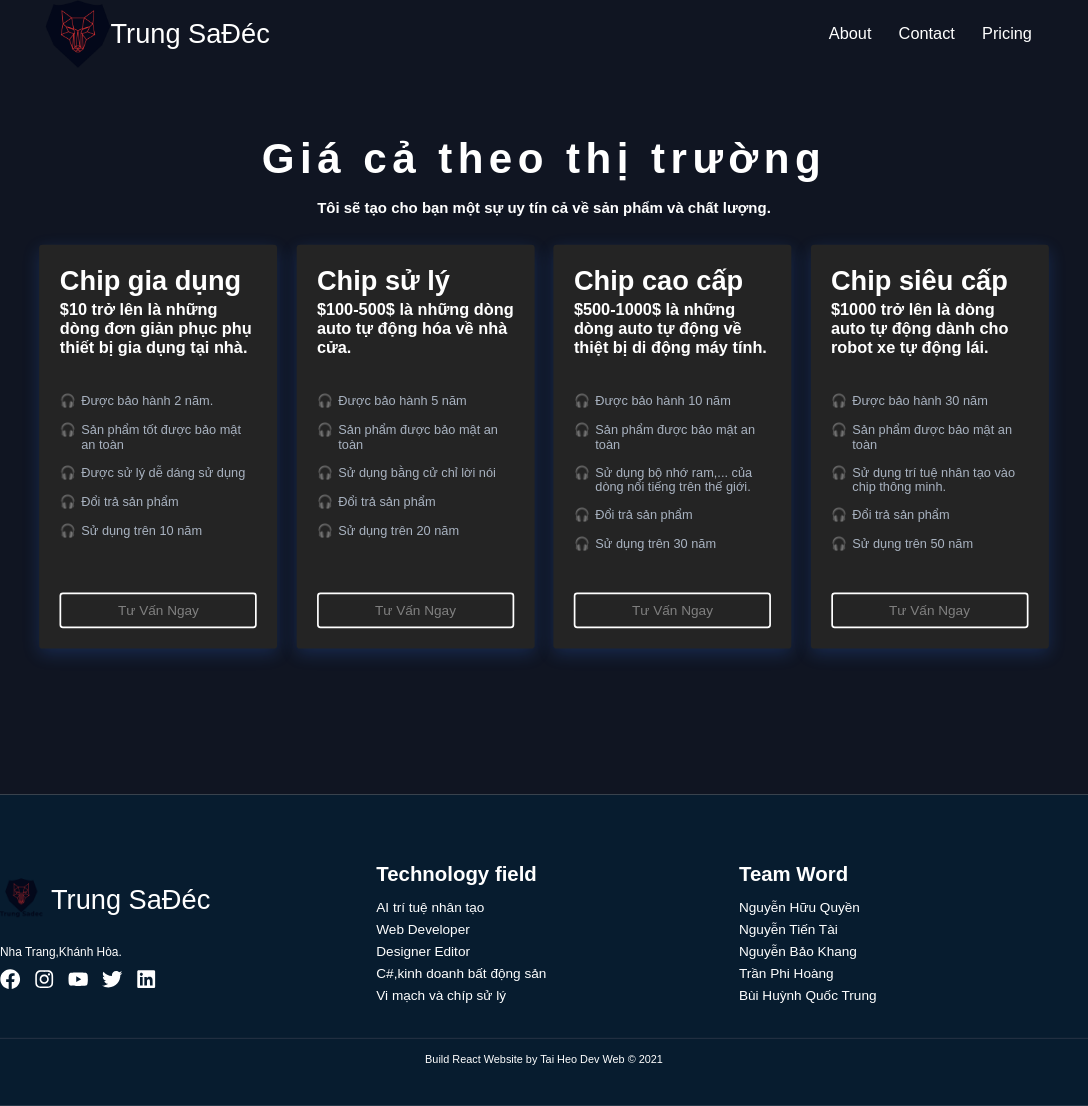
Repository: fdhhhdjd/Profile-Gift-B_H_Q_Trung
Page: /pricing
An editor plug-in stored every save of this project. The page is shown before and after the next save, followed by the edit.
The browser window is 1280 px wide. The pictures show the whole page, at 85% of full size.
The project was rebuilt for these pictures with package versions that can differ from the ones it lists, and the page was loaded fresh each time. Also part of the build but not shown: src/Styles/FeaturesStyles.js, src/Components/FeaturesData.js, src/Styles/ContentStyles.js, src/Components/Content.js, src/Data/HeroData.js, src/Pages/Home.js, src/Styles/HeroStyles.js, src/Components/Hero.js. Imported but missing from the stored project, and not drawn on this page: src/Pages/SignUpPage.

Above is the page before, as saved 2021-10-29 11:44:10.

### src/App.js
import logo from "./logo.svg";
import "./App.css";
import { BrowserRouter as Router, Switch, Route } from "react-router-dom";
import {
  Home,
  Navbar,
  GlobalStyles,
  PricingPage,
  Footer,
} from "./Imports/Index";
function App() {
  return (
    <>
      <Router>
        <GlobalStyles />
        <Navbar />
        <Switch>
          <Route path="/" exact component={Home} />
          <Route path="/pricing" exact component={PricingPage} />
        </Switch>
        <Footer />
      </Router>
    </>
  );
}

export default App;

### src/App.css
.App {
  text-align: center;
}
*{
  text-decoration: none;
}

.App-logo {
  height: 40vmin;
  pointer-events: none;
}

@media (prefers-reduced-motion: no-preference) {
  .App-logo {
    animation: App-logo-spin infinite 20s linear;
  }
}

.App-header {
  background-color: #282c34;
  min-height: 100vh;
  display: flex;
  flex-direction: column;
  align-items: center;
  justify-content: center;
  font-size: calc(10px + 2vmin);
  color: white;
}

.App-link {
  color: #61dafb;
}

@keyframes App-logo-spin {
  from {
    transform: rotate(0deg);
  }
  to {
    transform: rotate(360deg);
  }
}

### src/Imports/Index.js
export { default as Home } from "../Pages/Home";
export { default as PricingPage } from "../Pages/PricingPage";
export { default as SignUpPage } from "../Pages/SignUpPage";
export { default as Navbar } from "../Components/Navbar";
export { default as GlobalStyles } from "../Styles/GlobalStyles";
export { default as Hero } from "../Components/Hero";
export { default as Footer } from "../Pages/Footer";

### src/Pages/PricingPage.js
import React from "react";
import { Button, Heading, TextWrapper } from "../Styles/GlobalStyles";
import { IconContext } from "react-icons/lib";
import {
  PricingSection,
  PricingWrapper,
  PricingContainer,
  PricingCardInfo,
  PricingCardPlan,
  PricingCardCost,
  PricingCardFeatures,
  PricingCardText,
  PricingCardFeature,
  PricingCard,
  CartA,
} from "../Styles/PricingStyles";
import { pricingData } from "../Data/PricingData";
const PricingPage = () => {
  return (
    <>
      <IconContext.Provider value={{ color: "#a9b3c1", size: "1rem" }}>
        <PricingSection id="pricing">
          <PricingWrapper>
            <Heading>Giá cả theo thị trường</Heading>

            <TextWrapper
              mb="1.4rem"
              weight="600"
              size="1.1rem"
              color="white"
              align="center"
            >
              <br />
              Tôi sẽ tạo cho bạn một sự uy tín cả về sản phẩm và chất lượng.
            </TextWrapper>
            <PricingContainer>
              {pricingData.map((card, index) => (
                <PricingCard key={index}>
                  <PricingCardInfo>
                    <PricingCardPlan>{card.title}</PricingCardPlan>
                    <PricingCardCost>{card.price}</PricingCardCost>
                    <PricingCardText>{card.description}</PricingCardText>
                    <PricingCardFeatures>
                      {card.features.map((feature, index) => (
                        <PricingCardFeature key={index}>
                          {feature}
                        </PricingCardFeature>
                      ))}
                    </PricingCardFeatures>

                    <Button>
                      <CartA href="tel:0348561815">Tư Vấn Ngay </CartA>
                    </Button>
                  </PricingCardInfo>
                </PricingCard>
              ))}
            </PricingContainer>
          </PricingWrapper>
        </PricingSection>
      </IconContext.Provider>
    </>
  );
};

export default PricingPage;

### src/Components/Navbar.js
import React, { useState, memo } from "react";
import { data } from "../Data/NavbarData";
import { FaRProject, FaTimes } from "react-icons/fa";
import { CgMenuRight } from "react-icons/cg";
import { IconContext } from "react-icons";
import { useLocation, useHistory } from "react-router-dom";
import {
  Nav,
  NavbarContainer,
  NavIcon,
  NavLogo,
  MobileIcon,
  NavMenu,
  NavItem,
  NavLinks,
} from "../Styles/NavbarStyles";
const Navbar = () => {
  const [show, setShow] = useState(false);
  let history = useHistory();
  let location = useLocation();
  const handleClick = () => {
    setShow(!show);
  };
  const scrollTo = (id) => {
    const element = document.getElementById(id);

    element.scrollIntoView({
      behavior: "smooth",
    });
  };
  const closeMobileMenu = (to, id) => {
    if (id && location.pathname === "/") {
      scrollTo(id);
    }

    history.push(to);
    setShow(false);
  };

  return (
    <>
      <IconContext.Provider value={{ color: "#fff" }}>
        <Nav>
          <NavbarContainer>
            <NavLogo to="/">
              <NavIcon src="./assets/logo2.png" alt="logo" />
              Trung&nbsp;SaĐéc
            </NavLogo>
            <MobileIcon onClick={handleClick}>
              {show ? <FaTimes /> : <CgMenuRight />}
            </MobileIcon>
            <NavMenu show={show}>
              {data.map((el, index) => (
                <NavItem key={index}>
                  <NavLinks onClick={() => closeMobileMenu(el.to, el.id)}>
                    {el.title}
                  </NavLinks>
                </NavItem>
              ))}
            </NavMenu>
          </NavbarContainer>
        </Nav>
      </IconContext.Provider>
    </>
  );
};

export default memo(Navbar);

### src/Pages/Footer.js
import React from "react";
import {
  FooterLinkItems,
  FooterLinkTitle,
  FooterLink,
  FooterLogo,
  SocialIcon,
  FooterRights,
  FooterSocialIcon,
  FooterWrapper,
  FooterAddress,
  FooterColumn,
  FooterGrid,
} from "../Styles/FooterStyles";
import { footerData, footerSocialData } from "../Data/FooterData";
import { Row, Section } from "../Styles/GlobalStyles";

function Footer() {
  return (
    <Section padding="4rem 0 2rem 0">
      <FooterWrapper>
        <FooterGrid justify="space-between">
          <FooterColumn id="footerLogo">
            <FooterLogo to="/">
              <SocialIcon src="./assets/logo1.png" />
              Trung SaĐéc
            </FooterLogo>
            <FooterAddress>Nha Trang,Khánh Hòa.</FooterAddress>

            <Row align="center" margin="auto  0 0 0" gap="1rem">
              {footerSocialData.map((social, index) => (
                <FooterSocialIcon
                  key={index}
                  href={social.href}
                  target="_blank"
                  aria-label={social.name}
                >
                  {social.icon}
                </FooterSocialIcon>
              ))}
            </Row>
          </FooterColumn>
          {footerData.map((footerItem, index) => (
            <FooterLinkItems key={index}>
              <FooterLinkTitle>{footerItem.title}</FooterLinkTitle>
              {footerItem.links.map((link, linkIndex) => (
                <FooterLink key={linkIndex} href={link.href} target="_blank">
                  {link.name}
                </FooterLink>
              ))}
            </FooterLinkItems>
          ))}
        </FooterGrid>
        <FooterRights>
          Build React Website by Tai Heo Dev Web © 2021
        </FooterRights>
      </FooterWrapper>
    </Section>
  );
}

export default Footer;

### src/Styles/PricingStyles.js
import styled from "styled-components";

export const PricingSection = styled.div`
  padding: 160px 0;
  display: flex;
  flex-direction: column;
  justify-content: center;
  background: #101522;
`;

export const PricingWrapper = styled.div`
  display: flex;
  flex-direction: column;
  align-items: center;
  margin: 0 auto;

  @media screen and (max-width: 960px) {
    margin: 0 30px;
    display: flex;
    flex-direction: column;
    align-items: center;
  }
`;

export const PricingContainer = styled.div`
  display: flex;
  justify-content: center;
  flex-flow: wrap;
  > div {
    margin: 0.7rem;
  }

  @media screen and (max-width: 768px) {
    display: flex;
    flex-direction: column;
    justify-content: center;
    align-items: center;
    width: 100%;
    > div {
      width: 90%;
    }
  }
`;

export const PricingCard = styled.div`
  &:hover {
    transform: scale(1.06);
    transition: all 0.3s ease-out;
  }
`;

export const PricingCardInfo = styled.div`
  background: #242424;
  box-shadow: 0 6px 20px rgba(56, 125, 255, 0.2);
  width: 280px;
  text-decoration: none;
  border-radius: 4px;
  height: 100%;

  display: flex;
  flex-direction: column;
  padding: 24px;
  color: #fff;
  margin: auto;
  > button {
    margin-top: auto;

    &:hover {
      color: black;
      background: white;
      transition: background 0.3s ease;
    }
  }

  @media screen and (max-width: 768px) {
    width: 90%;

    &:hover {
      transform: none;
    }
  }
`;

export const PricingCardPlan = styled.h3`
  margin-bottom: 5px;
  font-size: 2rem;
`;

export const PricingCardCost = styled.h4`
  font-size: 1.2rem;
`;

export const PricingCardText = styled.p`
  font-size: 1.1rem;
  margin: 0.4rem 0 1.3rem;
  color: #a9b3c1;
`;

export const PricingCardFeatures = styled.ul`
  margin: 16px 0 32px;
  list-style: none;
  display: flex;
  flex-direction: column;
  color: #a9b3c1;
`;

export const PricingCardFeature = styled.li`
  margin-bottom: 1rem;
  display: flex;
  font-size: 0.94rem;

  &:before {
    content: "🎧";
    margin-right: 0.4rem;
  }
`;
export const CartA = styled.a`
  text-decoration: none;
  color: gray;
`;

### src/Data/PricingData.js
export const pricingData = [
  {
    title: "Chip gia dụng",
    price:
      "$10 trở lên là những dòng đơn giản phục phụ thiết bị gia dụng tại nhà.",
    features: [
      "Được bảo hành 2 năm.",
      "Sản phẩm tốt được bảo mật an toàn",
      "Được sử lý dễ dáng sử dụng",
      "Đổi trả sản phẩm",
      "Sử dụng trên 10 năm",
    ],
  },
  {
    title: "Chip sử lý ",
    price: "$100-500$ là những dòng auto tự động hóa về nhà cửa.",
    numAcc: "50-500 accounts",
    features: [
      "Được bảo hành 5 năm",
      "Sản phẩm được bảo mật an toàn",
      "Sử dụng bằng cử chỉ lời nói",
      "Đổi trả sản phẩm",
      "Sử dụng trên 20 năm",
    ],
  },
  {
    title: "Chip cao cấp ",
    price:
      "$500-1000$ là những dòng auto tự động về thiệt bị di động máy tính. ",
    numAcc: "50-1000 accounts",
    features: [
      "Được bảo hành 10 năm",
      "Sản phẩm được bảo mật an toàn",
      "Sử dụng bộ nhớ ram,... của dòng nổi tiếng trên thế giới.",
      "Đổi trả sản phẩm",
      "Sử dụng trên 30 năm",
    ],
  },

  {
    title: "Chip siêu cấp",
    price: "$1000 trở lên là dòng auto tự động dành cho robot xe tự động lái.",
    numAcc: "1000+ Accounts",
    features: [
      "Được bảo hành 30 năm",
      "Sản phẩm được bảo mật an toàn",
      "Sử dụng trí tuệ nhân tạo vào chip thông minh.",
      "Đổi trả sản phẩm",
      "Sử dụng trên 50 năm",
    ],
  },
];

### src/Data/NavbarData.js
export const data = [
  {
    to: "/",
    title: "About",
    id: "about",
  },
  {
    to: "/signup",
    title: "Contact",
  },
  {
    to: "/pricing",
    title: "Pricing",
  },
];

### src/Styles/NavbarStyles.js
import styled from "styled-components";
import { Container } from "../Styles/GlobalStyles";
import { Link } from "react-router-dom";
export const Nav = styled.nav`
  background: transparent;
  margin-bottom: -80px;
  height: 80px;
  display: flex;
  justify-content: center;
  align-items: center;
  font-size: 1.2rem;
  position: absolute;
  top: 0;
  z-index: 50;
  width: 100%;

  transition: background-color 0.3s ease-in;
`;

export const NavbarContainer = styled(Container)`
  display: flex;
  justify-content: start;
  height: 80px;

  ${Container}
`;

export const NavLogo = styled(Link)`
  color: #fff;
  justify-self: flex-start;
  cursor: pointer;
  text-decoration: none;
  font-size: 2rem;
  display: flex;
  align-items: center;
  z-index: 50;
`;

export const NavIcon = styled.img`
  margin-right: 0, 5rem;
  width: 5rem;
`;

export const MobileIcon = styled.div`
  display: none;
  z-index: 50;

  @media screen and (max-width: 960px) {
    display: block;
    position: absolute;
    top: 0;
    right: 0;
    transform: translate(-100%, 60%);
    font-size: 1.8rem;
    cursor: pointer;
  }
`;

export const NavMenu = styled.ul`
  display: flex;
  align-items: center;
  list-style: none;
  text-align: center;
  width: 100%;

  @media screen and (max-width: 960px) {
    flex-direction: column;
    width: 100%;
    height: 100vh;
    position: fixed;
    padding-top: 30%;
    top: 0;
    left: 0;
    opacity: ${({ show }) => (show ? 1 : 0)};
    visibility: ${({ show }) => (show ? "visible" : "hidden")};
    transform: translateY(${({ show }) => (show ? "0" : "-10px")});
    transition: opacity 0.5s ease;
    background-color: #071c2f;
  }

  > li:first-child {
    margin-left: auto;
  }
`;

export const NavItem = styled.li`
  height: 80px;
  cursor: pointer;

  @media screen and (max-width: 960px) {
    width: 100%;

    &:hover {
      border: none;
    }
  }
`;

export const NavLinks = styled.span`
  color: #fff;
  display: flex;
  align-items: center;
  text-decoration: none;
  padding: 0.5rem 1rem;
  height: 100%;

  &:hover {
    color: #c8c9d8;
    transition: all 0.3s ease;
  }

  @media screen and (max-width: 960px) {
    text-align: center;
    padding: 2rem;
    width: 100%;
    display: table;

    &:hover {
      color: #4b59f7;
      transition: all 0.3s ease;
    }
  }
`;

export const NavBtnLink = styled(Link)`
  display: flex;
  justify-content: center;
  align-items: center;
  text-decoration: none;
  padding: 8px 16px;
  height: 100%;
  width: 100%;
  border: none;
  outline: none;
`;

### src/Styles/FooterStyles.js
import styled from "styled-components";
import { Link } from "react-router-dom";
import { Column, Row } from "../Styles/GlobalStyles";

export const FooterContainer = styled.div`
  background-color: #101522;
  padding: 4rem 0 2rem 0;
`;

export const FooterWrapper = styled.div`
  max-width: 1280px;
  margin-left: auto;
  margin-right: auto;
`;

export const FooterSubscription = styled.section`
  display: flex;
  flex-direction: column;
  justify-content: center;
  align-items: center;
  text-align: center;
  margin-bottom: 24px;
  padding: 24px;
  color: #fff;
`;

export const FooterSubHeading = styled.p`
  font-family: "Trebuchet MS", "Lucida Sans Unicode", "Lucida Grande",
    "Lucida Sans", Arial, sans-serif;
  margin-bottom: 24px;
  font-size: 24px;
`;

export const FooterRow = styled(Row)`
  flex-wrap: wrap;
  @media screen and (max-width: 820px) {
    > div {
      width: 20%;
    }

    > div:first-child {
      width: 100%;
    }
  }

  @media screen and (max-width: 420px) {
    flex-direction: column;
    align-items: center;

    * {
      width: 100%;
      text-align: center;
    }
  }
`;

export const FooterGrid = styled.div`
  display: grid;
  grid-template-columns: repeat(auto-fit, minmax(200px, 1fr));
  justify-content: center;
  align-items: center;
`;

export const FooterColumn = styled(Column)`
  @media screen and (max-width: 999px) {
    align-items: center;
    grid-column: 1/-1;
  }
`;

export const FooterSubText = styled.p`
  margin-bottom: 24px;
  font-size: 20px;
`;

export const FooterLinksContainer = styled.div`
  width: 100%;
  max-width: 1000px;
  display: flex;
  justify-content: center;

  @media screen and (max-width: 820px) {
    padding-top: 32px;
  }
`;

export const FooterLinkItems = styled.div`
  display: flex;
  flex-direction: column;
  margin: 16px;
  text-align: left;
  box-sizing: border-box;
  color: #fff;

  @media screen and (max-width: 1000px) {
    align-items: center;
  }
`;

export const FooterLinkTitle = styled.h2`
  margin-bottom: 16px;
`;

export const FooterLink = styled.a`
  color: #fff;
  text-decoration: none;
  margin-bottom: 0.5rem;

  &:hover {
    color: #0467fb;
    transition: 0.3s ease-out;
  }
`;

export const FooterLogo = styled(Link)`
  color: #fff;
  justify-self: start;
  cursor: pointer;
  text-decoration: none;
  font-size: 2rem;
  display: flex;
  align-items: center;
  margin-bottom: 16px;
`;

export const SocialIcon = styled.img`
  margin-right: 10px;
  width: 50px;
`;

export const FooterRights = styled.div`
  color: #fff;
  margin-bottom: 16px;
  width: 100%;
  font-size: 0.8rem;
  text-align: center;
  border-top: 1px solid #2d3748;
  padding: 1rem 0;
  margin: 1rem 0 0;
`;

export const FooterSocialIcon = styled.a`
  color: #fff;
  font-size: 24px;
`;

export const FooterAddress = styled.div`
  color: white;
  margin: 0.4rem auto 0.4rem;
  max-width: 20rem;
  font-weight: 500;
  font-size: 0.875rem;
  line-height: 2;
  text-align: center;

  @media screen and (min-width: 1000px) {
    margin-left: 0px;
    text-align: left;
    margin-right: 1rem;
  }
`;

### src/Data/FooterData.js
import React from "react";
import {
  FaFacebook,
  FaInstagram,
  FaYoutube,
  FaTwitter,
  FaLinkedin,
} from "react-icons/fa";

const iconStyle = (Icon) => <Icon />;

export const footerSocialData = [
  {
    name: "Facebook",
    href: "https://www.facebook.com/profile.php?id=100009136510942",
    icon: iconStyle(FaFacebook),
  },
  {
    name: "Instagram",
    href: "https://www.instagram.com/quoc_trung14/",
    icon: iconStyle(FaInstagram),
  },
  {
    name: "Email",
    href: "mailto:buihuynhquoctrung@gmail.com",
    icon: iconStyle(FaYoutube),
  },
  {
    name: "Zalo",
    href: "tel:0348561815",
    icon: iconStyle(FaTwitter),
  },
  {
    name: "Phone",
    href: "tel:0348561815",
    icon: iconStyle(FaLinkedin),
  },
];

export const footerData = [
  {
    title: "Technology field",
    links: [
      {
        name: "AI trí tuệ nhân tạo",
        href: "https://www.facebook.com/jonhny.nguyen.184",
      },
      {
        name: "Web Developer",
        href: "https://profile-forme.surge.sh/",
      },
      {
        name: "Designer Editor",
        href: "https://khang-designer.surge.sh//",
      },
      {
        name: "C#,kinh doanh bất động sản",
        href: "http://hoangpc.surge.sh/",
      },
      {
        name: "Vi mạch và chíp sử lý",
        href: "https://www.facebook.com/profile.php?id=100009136510942",
      },
    ],
  },
  {
    title: "Team Word",
    links: [
      {
        name: "Nguyễn Hữu Quyền",
        href: "https://www.facebook.com/jonhny.nguyen.184",
        title: "AI trí tuệ nhân tạo",
      },
      {
        name: "Nguyễn Tiến Tài",
        href: "https://www.facebook.com/profile.php?id=100006139249437",
      },
      {
        name: "Nguyễn Bảo Khang",
        href: "https://www.facebook.com/khanhgiangg102",
      },
      {
        name: "Trần Phi Hoàng",
        href: "https://www.facebook.com/hoang.p.tran.12",
      },
      {
        name: "Bùi Huỳnh Quốc Trung",
        href: "https://www.facebook.com/profile.php?id=100009136510942",
      },
    ],
  },
];

### src/Data/FeaturesData.js
import React from "react";

import { BsFillShieldLockFill } from "react-icons/bs";
import { IoIosOptions } from "react-icons/io";
import { AiOutlineCloudUpload } from "react-icons/ai";
import { BiSupport, BiDollar } from "react-icons/bi";
import { GrHostMaintenance } from "react-icons/gr";
const iconStyle = (Icon) => <Icon size="3rem" color="#0f0f0f" />;

export const featuresData = [
  {
    name: "Bảo mật dữ liệu",
    description:
      "Chúng tôi luôn đặt hàng đầu về vấn đề này để quý khách an tâm nhất.",
    icon: iconStyle(BsFillShieldLockFill),
    imgClass: "one",
  },
  {
    name: "Dễ Sử dụng",
    description:
      "Chip hay mạch đều lắp ráp và lập trình với mức độ dễ sử dụng nhất đến với khác hàng ",
    icon: iconStyle(IoIosOptions),
    imgClass: "two",
  },
  {
    name: "Vấn đề bảo hàng bảo dưỡng",
    description:
      "Bảo hàng bảo dường những thiết bị điện tử luôn được chúng tôi thiết kế dễ bảo trì sữa chữa.",
    icon: iconStyle(GrHostMaintenance),
    imgClass: "three",
  },
  {
    name: " Đội ngủ hộ trợ 24/7 ",
    description:
      "Nếu có thắc mắc hay vấn đề đội ngủ chúng tôi luôn giúp đỡ 24/7",
    icon: iconStyle(BiSupport),
    imgClass: "four",
  },
  {
    name: "Giá cả",
    description:
      "Luôn với mức ưu đãi nhất cho quý khách,chip,... mức giá thị trường.",
    icon: iconStyle(BiDollar),
    imgClass: "five",
  },
  {
    name: "Sản phẩm",
    description:
      "Đa dạng để phục vụ tất cả những yêu cầu của khách cùng với mức độ tin cậy nhất. ",
    icon: iconStyle(AiOutlineCloudUpload),
    imgClass: "six",
  },
];

Loaded but not shown: public/index.html (common file); src/index.js (common file); src/index.css (common file); src/reportWebVitals.js (common file); src/Styles/GlobalStyles.js (140 lines, source omitted)

After the next save:
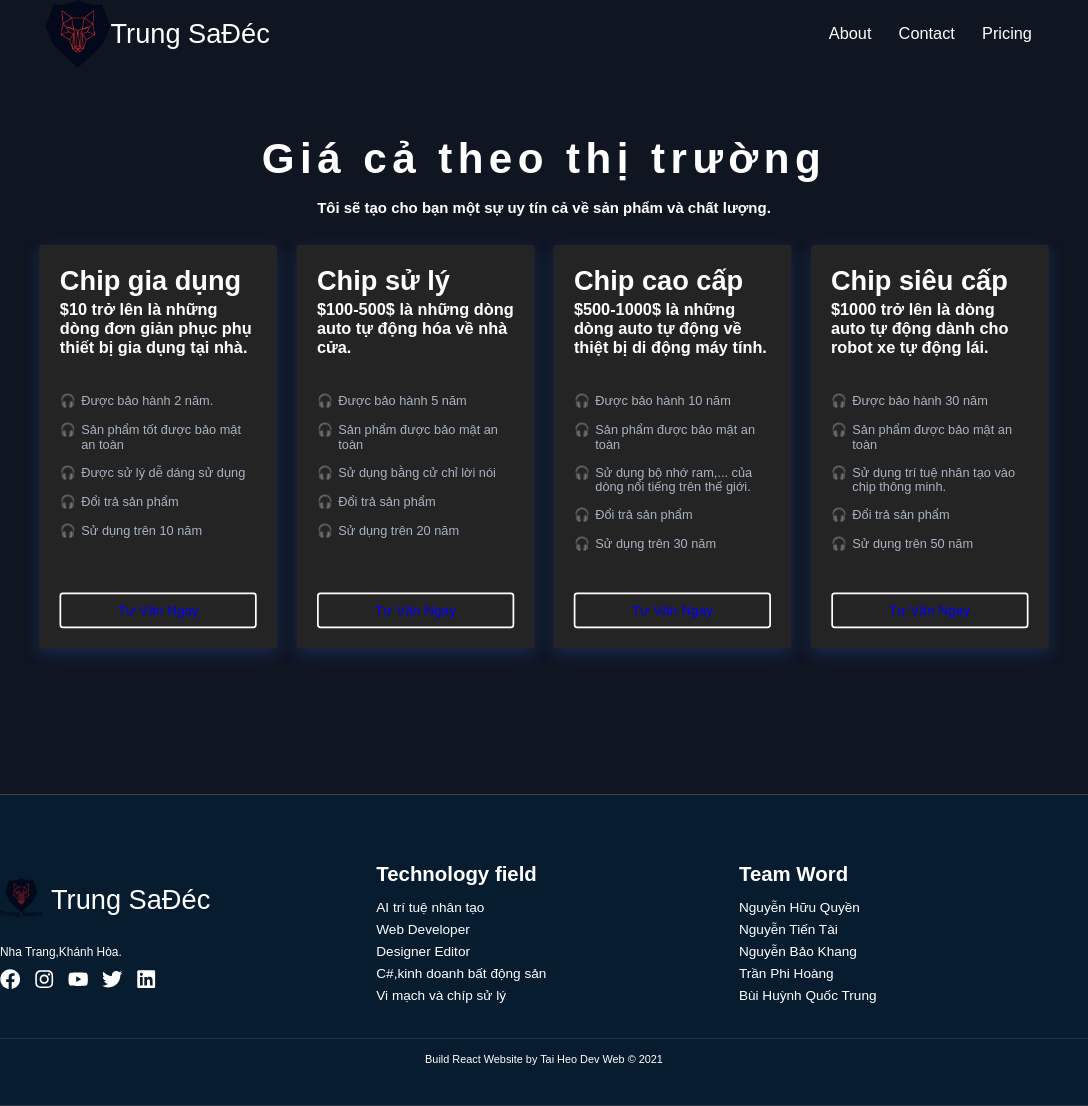
Saved 10 s later.
--- a/src/Styles/PricingStyles.js
+++ b/src/Styles/PricingStyles.js
@@ -116,5 +116,5 @@ export const PricingCardFeature = styled.li`
 `;
 export const CartA = styled.a`
   text-decoration: none;
-  color: gray;
+  color: blue;
 `;
